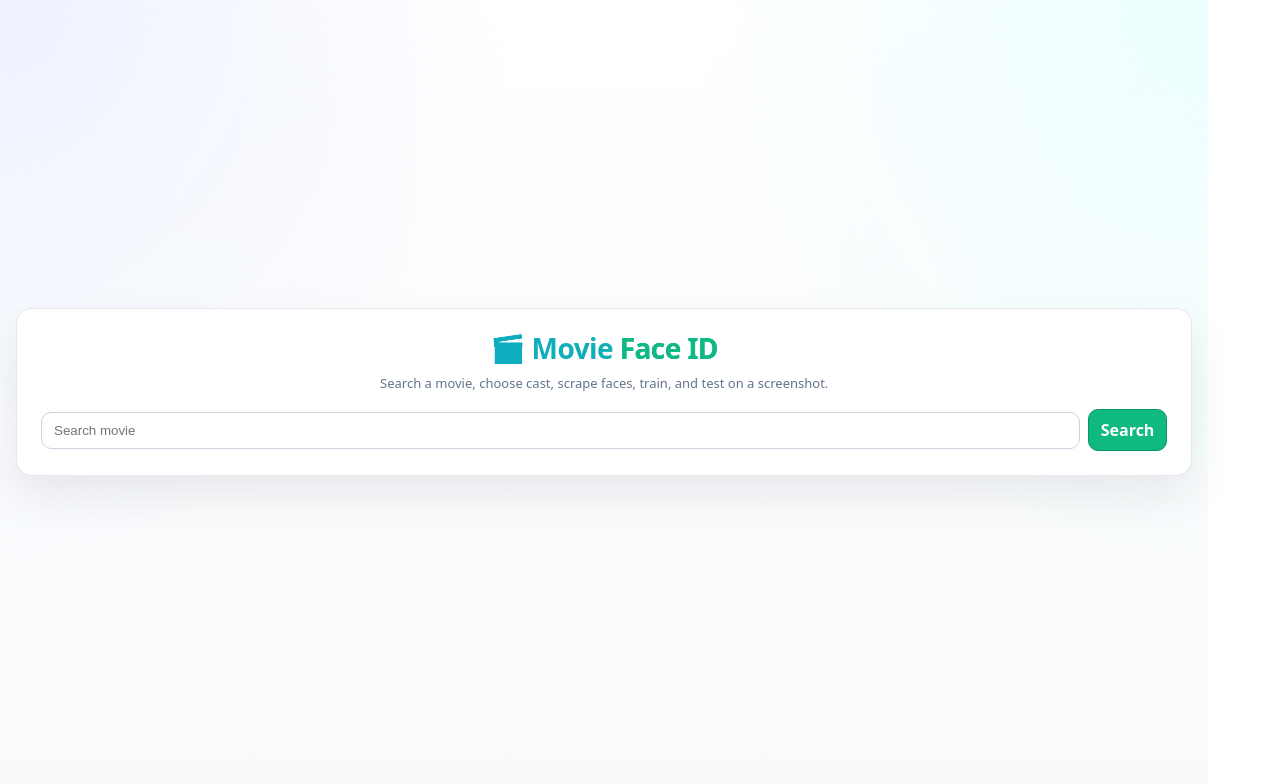
Repository: Jaybirdiix/Prosopagknows
Page: / (app in movie-face-id/client/)
These files come from the project's save history. The page is drawn as it stood at one moment and after a run of saves; the edit follows.
The browser window is 1280 px wide. The pictures show the whole page.
The project was rebuilt for these pictures with package versions that can differ from the ones it lists, and the page was loaded fresh each time. Also part of the build but not shown: movie-face-id/client/vite.config.js.

Above is the page before, as saved 2025-10-16 17:23:55.

### movie-face-id/client/src/App.jsx
import { useState, useRef, useEffect } from "react";

const API = import.meta.env.VITE_API || "http://localhost:3001";

export default function App() {
  // variables
  const [q, setQ] = useState("");
  const [results, setResults] = useState([]);
  const [movie, setMovie] = useState(null);
  const [cast, setCast] = useState({}); // {name : role}
  const [full, setFull] = useState([]);
  const [scrapeStatus, setScrapeStatus] = useState(null);
  const [trainStatus, setTrainStatus] = useState(null);

  // prediction & preview
  const [pred, setPred] = useState(null); // { ok, results:[{name, box:[x1,y1,x2,y2]}] }
  const [preview, setPreview] = useState(null); // object URL for uploaded image
  const [showJson, setShowJson] = useState(false);

  // extra (ui niceties)
  const [isSearching, setIsSearching] = useState(false);
  const [castFilter, setCastFilter] = useState("");
  const [recommendedCast, setRecommendedCast] = useState({});
  const fileInputRef = useRef(null);

  // lightweight style tokens (centered + responsive)
  const styles = {
    page: {
      minHeight: "100vh",
      background:
        "radial-gradient(70% 120% at 0% 0%, #eef2ff 0%, transparent 60%), radial-gradient(70% 120% at 100% 0%, #ecfeff 0%, transparent 60%), linear-gradient(180deg, #ffffff, #f8fafc)",
      display: "flex",
      alignItems: "center",            // vertical centering
      justifyContent: "center",        // horizontal centering
      padding: "32px 16px",
      fontFamily: "system-ui",
      color: "#0f172a",
    },
    card: {
      width: "clamp(340px, 88vw, 1200px)",  // responsive width
      background: "#ffffff",
      borderRadius: 16,
      border: "1px solid #e5e7eb",
      boxShadow: "0 20px 45px rgba(2,6,23,0.08)",
      padding: 24,
      margin: "0 auto",
    },
    heading: {
      margin: "0 0 16px",
      fontSize: 28,
      fontWeight: 800,
      letterSpacing: "-0.02em",
      textAlign: "center",
      backgroundImage: "linear-gradient(90deg,#0ea5e9,#10b981)",
      WebkitBackgroundClip: "text",
      color: "transparent",
    },
    sub: { textAlign: "center", color: "#64748b", marginTop: -6, marginBottom: 16, fontSize: 13 },
    row: { display: "flex", gap: 8, alignItems: "center" },
    input: {
      flex: 1,
      padding: "10px 12px",
      borderRadius: 10,
      border: "1px solid #cbd5e1",
      outline: "none",
    },
    btnPrimary: {
      background: "#10b981",
      color: "#fff",
      border: "1px solid #059669",
      padding: "9px 12px",
      borderRadius: 10,
      cursor: "pointer",
      fontWeight: 600,
    },
    btn: {
      background: "#fff",
      color: "#0f172a",
      border: "1px solid #cbd5e1",
      padding: "8px 10px",
      borderRadius: 10,
      cursor: "pointer",
    },
    list: {
      marginTop: 10,
      border: "1px solid #e5e7eb",
      borderRadius: 12,
      overflow: "hidden",
      background: "#fff",
    },
    listItem: {
      display: "flex",
      justifyContent: "space-between",
      alignItems: "center",
      padding: "10px 12px",
      borderBottom: "1px solid #f1f5f9",
    },
    // responsive grid: auto-fills columns based on space
    gridResponsive: {
      display: "grid",
      gridTemplateColumns: "repeat(auto-fill, minmax(260px, 1fr))",
      gap: 10,
    },
    chipRow: { display: "flex", flexWrap: "wrap", gap: 6, margin: "6px 0 8px" },
    chip: {
      display: "inline-flex",
      alignItems: "center",
      gap: 6,
      background: "#e8f7ee",
      color: "#065f46",
      padding: "4px 10px",
      borderRadius: 999,
      fontSize: 12,
      border: "1px solid #b7ebce",
    },
    drop: {
      border: "2px dashed #cbd5e1",
      borderRadius: 12,
      padding: "22px 16px",
      textAlign: "center",
      background: "#ffffff",
      cursor: "pointer",
    },
    sectionCard: {
      border: "1px solid #e5e7eb",
      borderRadius: 14,
      padding: 14,
      background: "#ffffff",
      boxShadow: "0 6px 16px rgba(2,6,23,0.04)",
      marginTop: 12,
    },
    pill: (kind) => {
      const map = {
        idle: { bg: "#f1f5f9", fg: "#334155" },
        working: { bg: "#e7f0ff", fg: "#0b5fff" },
        done: { bg: "#e6f7ec", fg: "#0a7d2d" },
        error: { bg: "#ffe8e6", fg: "#c02626" },
      };
      const { bg, fg } = map[kind] || map.idle;
      return {
        display: "inline-flex",
        alignItems: "center",
        gap: 6,
        background: bg,
        color: fg,
        padding: "4px 10px",
        borderRadius: 999,
        fontSize: 12,
        border: "1px solid rgba(0,0,0,0.06)",
      };
    },
  };

  // searches for a given movie and stores a list of results in 'results'
  // (calls python api for actual function)
  async function search() {
    try {
      setIsSearching(true);
      const r = await fetch(`${API}/api/search?q=${encodeURIComponent(q)}`);
      setResults(await r.json());
    } catch (e) {
      console.error(e);
    } finally {
      setIsSearching(false);
    }
  }

  // sets the chosen movie
  // additionally, clears prediction and preview
  // (calls python api for actual function)
  async function pick(m) {
    try {
      setMovie(m);
      const r = await fetch(`${API}/api/credits/${m.id}`);
      const j = await r.json();
      // set the main cast
      setCast(j.main);
      setRecommendedCast(j.main || {});
      // set the full cast (for togglability)
      setFull(j.full);
      // clear previous prediction & preview (if they existed)
      setPred(null);
      setPreview(null);
    } catch (e) {
      console.error(e);
    }
  }

  // toggle whether or not this person is a part of the cast
  // also format nicely (titleCase)
  function toggle(name, character) {
    setCast((prev) => {
      const copy = { ...prev };
      if (copy[name]) delete copy[name];
      else copy[name] = titleCase(character || name);
      return copy;
    });
  }

  // Image scrapes !
  // (calls python api for actual function)
  async function scrape() {
    try {
      setScrapeStatus("working...");
      const r = await fetch(`${API}/api/scrape`, {
        method: "POST",
        headers: { "Content-Type": "application/json" },
        body: JSON.stringify({ movieTitle: movie?.title || "", actorDict: cast }),
      });
      setScrapeStatus(JSON.stringify(await r.json(), null, 2));
    } catch (e) {
      setScrapeStatus(`Error: ${e?.message || String(e)}`);
    }
  }

  // train model
  async function train() {
    try {
      setTrainStatus("training...");
      const r = await fetch(`${API}/api/train`, { method: "POST" });
      setTrainStatus(JSON.stringify(await r.json(), null, 2));
    } catch (e) {
      setTrainStatus(`Error: ${e?.message || String(e)}`);
    }
  }

  // make prediction
  async function predict(e) {
    const file = e.target.files[0];
    if (!file) return;

    // show the image immediately
    const url = URL.createObjectURL(file);
    setPreview(url);
    setPred(null);

    // send to backend
    const fd = new FormData();
    fd.append("image", file);
    // make prediction
    const r = await fetch(`${API}/api/predict`, { method: "POST", body: fd });
    const j = await r.json();
    setPred(j);
  }

  // avoid leaking object URLs
  useEffect(() => {
    return () => {
      if (preview) URL.revokeObjectURL(preview);
    };
  }, [preview]);

  // ------------------ UI Functions

  // debounced search on typing (manual button still works)
  useEffect(() => {
    if (!q) { setResults([]); return; }
    const id = setTimeout(() => { search(); }, 400);
    return () => clearTimeout(id);
    // eslint-disable-next-line react-hooks/exhaustive-deps
  }, [q]);

  function selectAll() {
    const next = { ...cast };
    for (const c of full) next[c.name] = titleCase(c.character || c.name);
    setCast(next);
  }

  function clearAll() {
    setCast({});
  }

  function resetRecommended() {
    setCast({ ...(recommendedCast || {}) });
  }

  function renderStatusPill(s) {
    if (!s) return null;
    const lower = String(s).toLowerCase();
    if (lower.startsWith("error")) return <span style={styles.pill("error")}>{String(s)}</span>;
    if (lower.includes("working") || lower.includes("training")) return <span style={styles.pill("working")}>Working…</span>;
    if (lower.startsWith("{") || lower.startsWith("[")) return <span style={styles.pill("done")}>Done</span>;
    return <span style={styles.pill("idle")}>{String(s)}</span>;
  }

  function onDrop(e) {
    e.preventDefault();
    const file = e.dataTransfer.files?.[0];
    if (!file) return;
    const fakeEvent = { target: { files: [file] } };
    predict(fakeEvent);
  }
  function onDragOver(e) { e.preventDefault(); }

  const filteredFull = castFilter
    ? full.filter((c) => `${c.name} ${c.character}`.toLowerCase().includes(castFilter.toLowerCase()))
    : full;
  const selectedCount = Object.keys(cast).length;

  // actual app
  return (
    <div style={styles.page}>
      <div style={styles.card}>
        <h1 style={styles.heading}>🎬 Movie <span style={{ color: "#10b981", WebkitTextFillColor: "initial" }}>Face ID</span></h1>
        <div style={styles.sub}>Search a movie, choose cast, scrape faces, train, and test on a screenshot.</div>

        <div style={{ ...styles.row, marginTop: 6 }}>
          <input
            value={q}
            onChange={(e) => setQ(e.target.value)}
            onKeyDown={(e) => e.key === "Enter" && search()}
            placeholder="Search movie"
            style={styles.input}
          />
          <button onClick={search} disabled={isSearching} style={styles.btnPrimary}>
            {isSearching ? "Searching…" : "Search"}
          </button>
        </div>

        {results.length > 0 && (
          <div style={styles.list}>
            {results.slice(0, 10).map((m, i) => (
              <div key={m.id} style={{ ...styles.listItem, borderBottom: i === results.slice(0,10).length - 1 ? "none" : styles.listItem.borderBottom }}>
                <div>
                  <div style={{ fontWeight: 700 }}>{m.title}</div>
                  <div style={{ fontSize: 12, color: "#64748b" }}>{(m.release_date || "????").slice(0, 4)}</div>
                </div>
                <button onClick={() => pick(m)} style={styles.btn}>Select</button>
              </div>
            ))}
          </div>
        )}

        {movie && (
          <>
            <h2 style={{ marginTop: 24, marginBottom: 4, fontSize: 18, fontWeight: 700 }}>{movie.title}</h2>
            <p style={{ color: "#475569", marginTop: 0 }}>Edit main cast (click to toggle):</p>

            <div style={{ ...styles.row, margin: "8px 0" }}>
              <input
                value={castFilter}
                onChange={(e) => setCastFilter(e.target.value)}
                placeholder="Filter by name or character"
                style={{ ...styles.input }}
              />
              <button onClick={resetRecommended} style={styles.btn}>Reset</button>
              <button onClick={selectAll} style={styles.btn}>Select all</button>
              <button onClick={clearAll} style={styles.btn}>Clear all</button>
            </div>

            <div style={{ marginBottom: 8, fontSize: 12, color: "#64748b" }}>
              Selected: <b>{selectedCount}</b>
            </div>

            <div style={styles.gridResponsive}>
              {filteredFull.map((c) => {
                const selected = !!cast[c.name];
                return (
                  <button
                    key={`${c.name}-${c.character}`}
                    onClick={() => toggle(c.name, c.character)}
                    style={{
                      textAlign: "left",
                      background: selected ? "#e8f7ee" : "#ffffff",
                      color: "#111",
                      padding: 10,
                      border: selected ? "1px solid #84e1a7" : "1px solid #e5e7eb",
                      borderRadius: 12,
                      boxShadow: selected ? "inset 0 0 0 1px #b7ebce" : "0 1px 2px rgba(2,6,23,0.03)",
                    }}
                    title={selected ? "Click to remove" : "Click to add"}
                  >
                    <span style={{
                      display: "inline-flex",
                      alignItems: "center",
                      justifyContent: "center",
                      width: 20, height: 20,
                      borderRadius: 999,
                      marginRight: 8,
                      background: selected ? "#10b981" : "#e5e7eb",
                      color: selected ? "#fff" : "#111",
                      fontSize: 12,
                      fontWeight: 700
                    }}>{selected ? "✓" : "+"}</span>
                    {c.name} — <i>{c.character}</i>
                  </button>
                );
              })}
            </div>

            <h3 style={{ marginTop: 16 }}>Selected:</h3>

            {selectedCount > 0 && (
              <div style={styles.chipRow}>
                {Object.entries(cast).map(([name, role]) => (
                  <span key={name} style={styles.chip}>
                    {name} <span style={{ color: "#6b7280" }}>·</span> <i>{role}</i>
                    <button onClick={() => toggle(name, role)} title="Remove" style={{ marginLeft: 2 }}>×</button>
                  </span>
                ))}
              </div>
            )}

            <div style={styles.sectionCard}>
              <pre style={{ background: "#f8fafc", padding: 12, overflowX: "auto", borderRadius: 10, border: "1px solid #e5e7eb" }}>
                {JSON.stringify(cast, null, 2)}
              </pre>
            </div>

            <div style={{ ...styles.sectionCard }}>
              <div style={{ ...styles.row, justifyContent: "space-between" }}>
                <div style={{ fontWeight: 600 }}>Scrape Faces (SerpAPI)</div>
                <button onClick={scrape} disabled={!selectedCount} style={styles.btnPrimary}>Run</button>
              </div>
              <div style={{ marginTop: 8 }}>{renderStatusPill(scrapeStatus)}</div>
              {typeof scrapeStatus === "string" && (scrapeStatus.startsWith("{") || scrapeStatus.startsWith("[")) && (
                <details style={{ marginTop: 8 }}>
                  <summary style={{ cursor: "pointer", fontSize: 12, color: "#475569" }}>show response</summary>
                  <pre style={{ background: "#f8fafc", padding: 12, overflowX: "auto", borderRadius: 10, border: "1px solid #e5e7eb" }}>
                    {scrapeStatus}
                  </pre>
                </details>
              )}
            </div>

            <div style={{ ...styles.sectionCard }}>
              <div style={{ ...styles.row, justifyContent: "space-between" }}>
                <div style={{ fontWeight: 600 }}>Train Model</div>
                <button onClick={train} style={{ ...styles.btnPrimary, background: "#6366f1", borderColor: "#4f46e5" }}>Run</button>
              </div>
              <div style={{ marginTop: 8 }}>{renderStatusPill(trainStatus)}</div>
              {typeof trainStatus === "string" && (trainStatus.startsWith("{") || trainStatus.startsWith("[")) && (
                <details style={{ marginTop: 8 }}>
                  <summary style={{ cursor: "pointer", fontSize: 12, color: "#475569" }}>show response</summary>
                  <pre style={{ background: "#f8fafc", padding: 12, overflowX: "auto", borderRadius: 10, border: "1px solid #e5e7eb" }}>
                    {trainStatus}
                  </pre>
                </details>
              )}
            </div>

            <div style={{ marginTop: 16 }}>
              <div
                onDrop={onDrop}
                onDragOver={onDragOver}
                onClick={() => fileInputRef.current?.click()}
                style={styles.drop}
                title="Drop an image here or click to choose"
              >
                <div style={{ fontSize: 36, lineHeight: "36px" }}>🖼️</div>
                <div style={{ fontSize: 13, color: "#475569", marginTop: 6 }}>
                  <b>Drag & drop</b> a screenshot here, or click to choose a file
                </div>
              </div>

              <input
                ref={fileInputRef}
                type="file"
                accept="image/*"
                onChange={predict}
                style={{ display: "none" }}
              />

              <label style={{ display: "inline-flex", alignItems: "center", gap: 6, marginTop: 12 }}>
                <input
                  type="checkbox"
                  checked={showJson}
                  onChange={(e) => setShowJson(e.target.checked)}
                />{" "}
                show JSON
              </label>
            </div>

            {/* Raw JSON debug (optional) */}
            {showJson && pred && (
              <pre style={{ background: "#f8fafc", padding: 12, overflowX: "auto", marginTop: 12, borderRadius: 10, border: "1px solid #e5e7eb" }}>
                {JSON.stringify(pred, null, 2)}
              </pre>
            )}

            {/* Annotated preview */}
            {preview && pred?.ok && pred.results?.length > 0 && (
              <div style={{ marginTop: 16 }}>
                <AnnotatedImage src={preview} boxes={pred.results} />
              </div>
            )}
          </>
        )}
      </div>
    </div>
  );
}

function titleCase(s) {
  return s.replace(/\w\S*/g, (t) => t[0].toUpperCase() + t.slice(1).toLowerCase());
}

function AnnotatedImage({ src, boxes }) {
  const imgRef = useRef(null);
  const [dims, setDims] = useState({
    naturalWidth: 0,
    naturalHeight: 0,
    width: 0,
    height: 0,
  });

  useEffect(() => {
    const img = imgRef.current;
    if (!img) return;
    const update = () => {
      const rect = img.getBoundingClientRect();
      setDims({
        naturalWidth: img.naturalWidth,
        naturalHeight: img.naturalHeight,
        width: rect.width,
        height: rect.height,
      });
    };
    if (img.complete) update();
    else img.addEventListener("load", update);
    const onResize = () => update();
    window.addEventListener("resize", onResize);
    return () => {
      img.removeEventListener("load", update);
      window.removeEventListener("resize", onResize);
    };
  }, [src]);

  const sx = dims.naturalWidth ? dims.width / dims.naturalWidth : 1;
  const sy = dims.naturalHeight ? dims.height / dims.naturalHeight : 1;

  return (
    <div style={{ position: "relative", display: "inline-block", maxWidth: "100%" }}>
      <img
        ref={imgRef}
        src={src}
        alt="preview"
        style={{ maxWidth: "100%", display: "block", borderRadius: 12, boxShadow: "0 8px 24px rgba(2,6,23,0.08)" }}
      />

      <svg
        width={dims.width}
        height={dims.height}
        style={{ position: "absolute", top: 0, left: 0, pointerEvents: "none" }}
      >
        {boxes.map((b, i) => {
          const [x1, y1, x2, y2] = b.box;
          const x = x1 * sx;
          const y = y1 * sy;
          const w = (x2 - x1) * sx;
          const h = (y2 - y1) * sy;
          const labelY = Math.max(0, y - 24);
          const labelW = Math.max(60, (b.name?.length || 0) * 8);

          return (
            <g key={i}>
              {/* subtle shadow stroke under main box */}
              <rect x={x} y={y} width={w} height={h} fill="none" stroke="black" strokeOpacity="0.35" strokeWidth="5" />
              <rect x={x} y={y} width={w} height={h} fill="none" stroke="lime" strokeWidth="3" />
              <rect x={x} y={labelY} width={labelW} height="20" rx="6" ry="6" fill="rgba(0,0,0,0.6)" />
              <text x={x + 6} y={labelY + 14} fill="#fff" fontFamily="system-ui" fontSize="12">
                {b.name}
              </text>
            </g>
          );
        })}
      </svg>
    </div>
  );
}

Loaded but not shown: movie-face-id/client/index.html (common file); movie-face-id/client/src/main.jsx (common file); movie-face-id/client/src/index.css (common file)

After the next 3 saves:
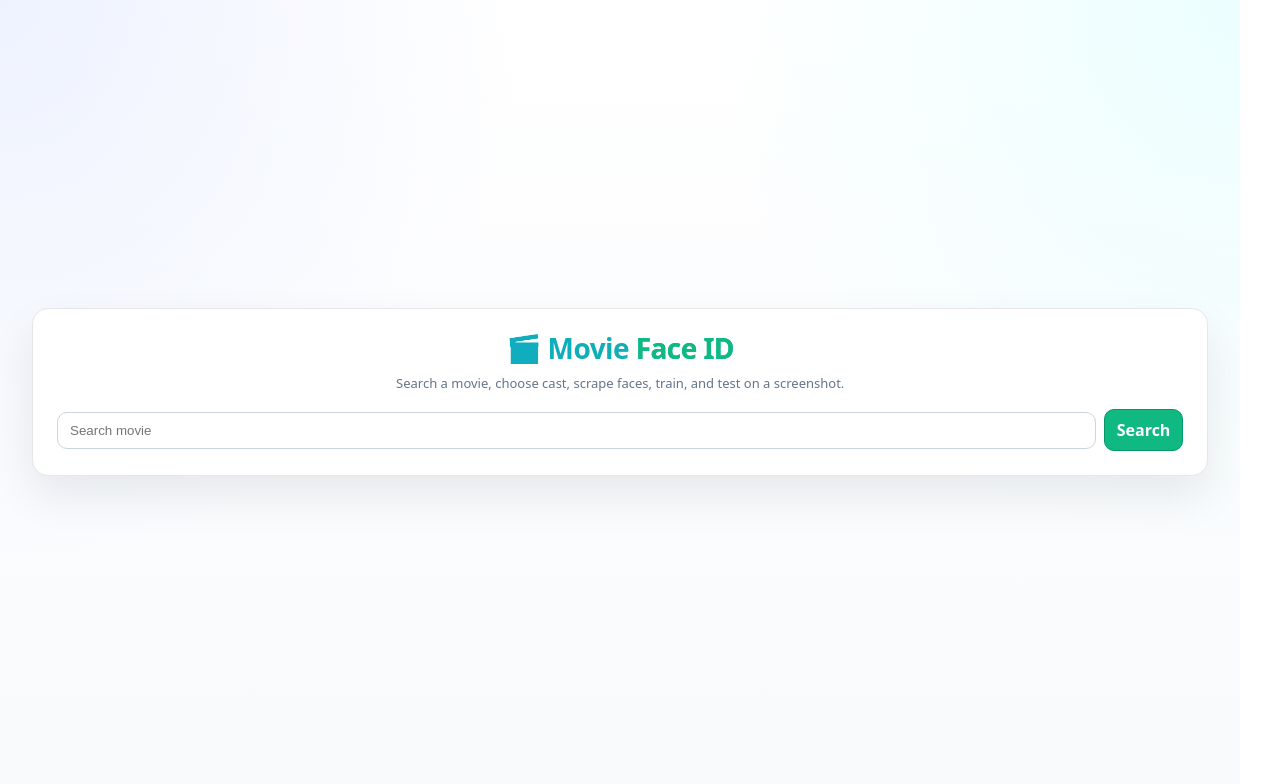
The 3 saves are shown as one change because they came seconds apart.
The last was saved 3 min 24 s later.
--- a/movie-face-id/client/src/App.jsx
+++ b/movie-face-id/client/src/App.jsx
@@ -27,11 +27,15 @@ export default function App() {
   const styles = {
     page: {
       minHeight: "100vh",
-      background:
+      width: "100%",                     // fill full width
+      backgroundColor: "#ffffff",        // solid base so “transparent” never shows dark
+      backgroundImage:
         "radial-gradient(70% 120% at 0% 0%, #eef2ff 0%, transparent 60%), radial-gradient(70% 120% at 100% 0%, #ecfeff 0%, transparent 60%), linear-gradient(180deg, #ffffff, #f8fafc)",
+      backgroundRepeat: "no-repeat",
+      overflowX: "hidden",               // avoids 1px horizontal scroll artifacts
       display: "flex",
-      alignItems: "center",            // vertical centering
-      justifyContent: "center",        // horizontal centering
+      alignItems: "center",
+      justifyContent: "center",
       padding: "32px 16px",
       fontFamily: "system-ui",
       color: "#0f172a",
